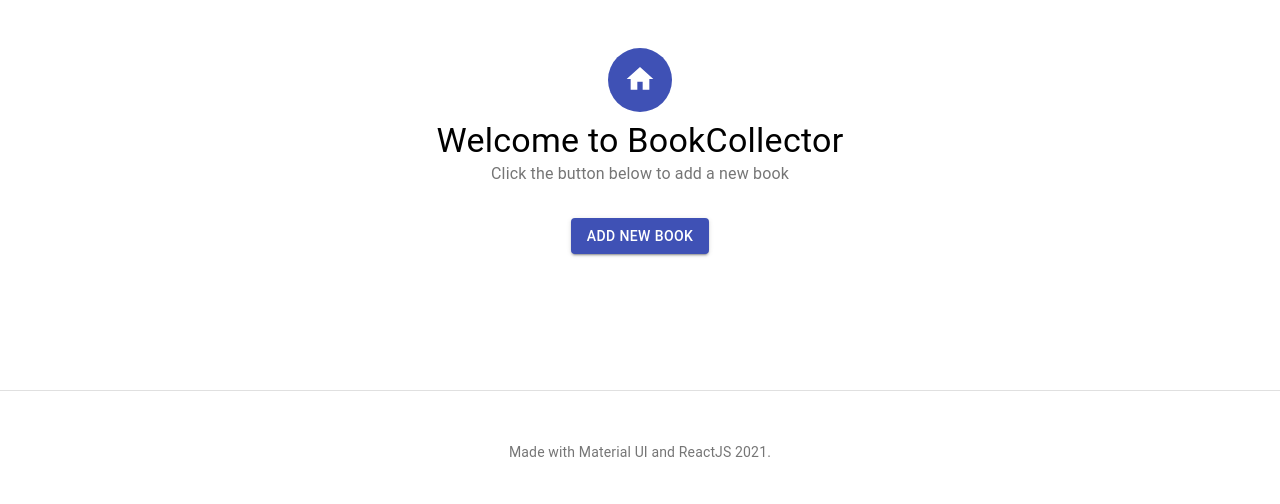
Repository: Colo-Codes/mini-project-react-book-collector
Page: /
These files come from the project's save history. The page is drawn as it stood at one moment and after the next save; the edit follows.
The browser window is 1280 px wide. The pictures show the whole page.
The project was rebuilt for these pictures with package versions that can differ from the ones it lists, and the page was loaded fresh each time. Also part of the build but not shown: src/Books/BooksGridItem.js, src/Books/AddBookForm.js.

Above is the page before, as saved 2021-08-25 14:10:23.

### src/App.js
import React, { useState } from 'react';

import { Box, Button, Divider, makeStyles } from '@material-ui/core';
import { Home } from '@material-ui/icons';

import AddBookForm from './Books/AddBookForm';
import Copyright from './UI/Copyright';
import Header from './UI/Header';
import BooksGrid from './Books/BooksGrid';

const useStyles = makeStyles(theme => ({
  paper: {
    marginTop: theme.spacing(5),
    display: 'flex',
    flexDirection: 'column',
    alignItems: 'center',
  },
  icon: {
    color: 'white',
    width: theme.spacing(4),
    height: theme.spacing(4),
  },
  button: {
    marginTop: theme.spacing(4),
    marginBottom: theme.spacing(17),

  },
  footer: {
    marginV: theme.spacing(4),
  },
}));

function App() {
  const [showAddBookForm, setShowAddBookForm] = useState(false);
  const [bookList, setBookList] = useState('');

  const classes = useStyles();

  const addNewBookHandler = () => {
    setShowAddBookForm(true);
  }

  const hideFormHandler = () => {
    setShowAddBookForm(false);
  }

  // 'Lifting state up' function
  const newBookHandler = newBook => {
    setBookList(prevBook => [...prevBook, newBook]);
  }

  // 'Lifting state up' function
  const deleteBookHandler = bookId => {
    setBookList(prevBook => prevBook.filter(book => book.id !== bookId));
  }

  return (
    <React.Fragment>
      <header className={classes.paper}>
        {showAddBookForm && <AddBookForm onNewBook={newBookHandler} onHideForm={hideFormHandler} />} {/* Conditional Rendering */}
        {!showAddBookForm && <Header headerIcon={<Home className={classes.icon} />} headerContent={'Welcome to BookCollector'} textContent={'Click the button below to add a new book'} />} {/* Conditional Rendering */}
        {!showAddBookForm && <Button variant="contained" color="primary" onClick={addNewBookHandler} className={classes.button} >Add new book</Button>} {/* Conditional Rendering */}
      </header>
      <main>
        <Divider></Divider>
        <BooksGrid bookList={bookList} onDeleteBook={deleteBookHandler} />
      </main>
      <footer>
        <Box my={8}><Copyright /></Box>
      </footer>
    </React.Fragment>
  );
}

export default App;

### src/UI/Copyright.js
import { Typography } from "@material-ui/core";
import { Link } from "@material-ui/core";

function Copyright() {
    return (
        <Typography variant="body2" color="textSecondary" align="center">
            {'Made with '}
            <Link color="inherit" href="https://material-ui.com/" target="_blank">
                Material UI
            </Link>{' and '}
            <Link color="inherit" href="https://reactjs.org/" target="_blank">
                ReactJS
            </Link>{' '}
            {new Date().getFullYear()}
            {'.'}
        </Typography>
    );
}

export default Copyright;

### src/UI/Header.js
import { Avatar, Typography, makeStyles } from "@material-ui/core";
import { Home } from '@material-ui/icons';

const useStyles = makeStyles(theme => ({
    paper: {
        // marginTop: theme.spacing(10),
        display: 'flex',
        flexDirection: 'column',
        alignItems: 'center',
    },
    avatar: {
        margin: theme.spacing(1),
        width: theme.spacing(8),
        height: theme.spacing(8),
        backgroundColor: theme.palette.primary.main,
    },
    lightGray: {
        color: theme.palette.text.secondary,
    },
}));

const Header = props => {
    const classes = useStyles();

    return (
        <div className={classes.paper}>
            <Avatar className={classes.avatar}>
                <div className={classes.icon}>{props.headerIcon}</div>
            </Avatar>
            <Typography variant="h4" component="h2">{props.headerContent}</Typography>
            <Typography variant="body1" className={classes.lightGray}>{props.textContent}</Typography>
        </div>
    );
}

export default Header;

### src/Books/BooksGrid.js
import { Container, Grid } from '@material-ui/core';
import { useState } from 'react';
import BooksGridItem from './BooksGridItem';

const BooksGrid = props => {

    return (
        <Container>
            <Grid container spacing={3} direction="row"
                justifyContent="center"
                alignItems="stretch">
                {props.bookList.length > 0 && props.bookList.map(bookItem =>
                    <BooksGridItem key={bookItem.id} id={bookItem.id} title={bookItem.title} author={bookItem.author} onDelete={props.onDeleteBook} />
                )}
            </Grid>
        </Container>
    );
}

export default BooksGrid;

Loaded but not shown: public/index.html (common file); src/index.js (common file); src/index.css (common file)

After the next save:
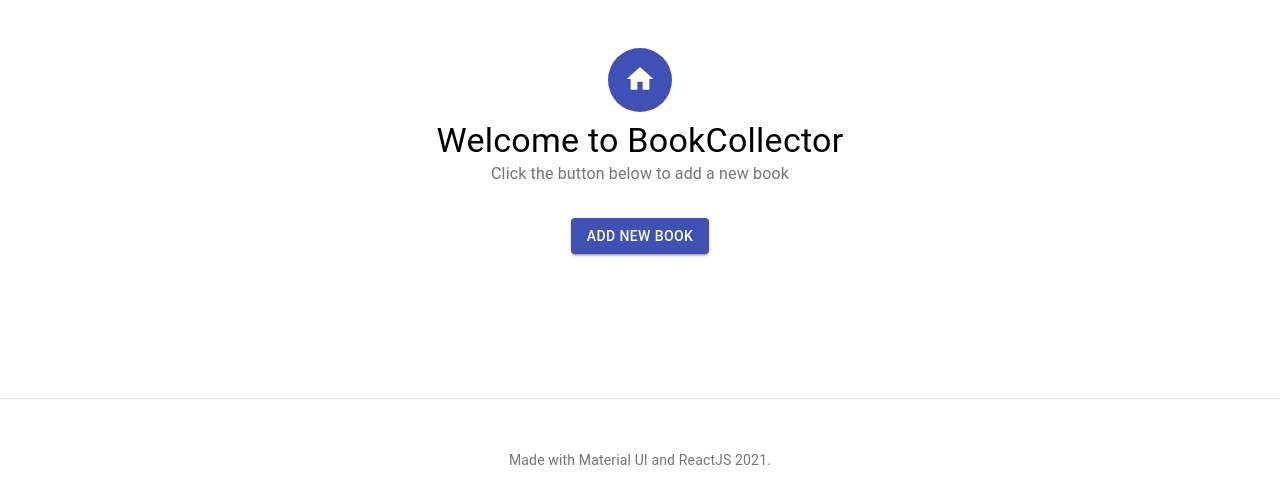
Saved 7 s later.
--- a/src/App.js
+++ b/src/App.js
@@ -22,7 +22,7 @@ const useStyles = makeStyles(theme => ({
   },
   button: {
     marginTop: theme.spacing(4),
-    marginBottom: theme.spacing(17),
+    marginBottom: theme.spacing(18),
 
   },
   footer: {
